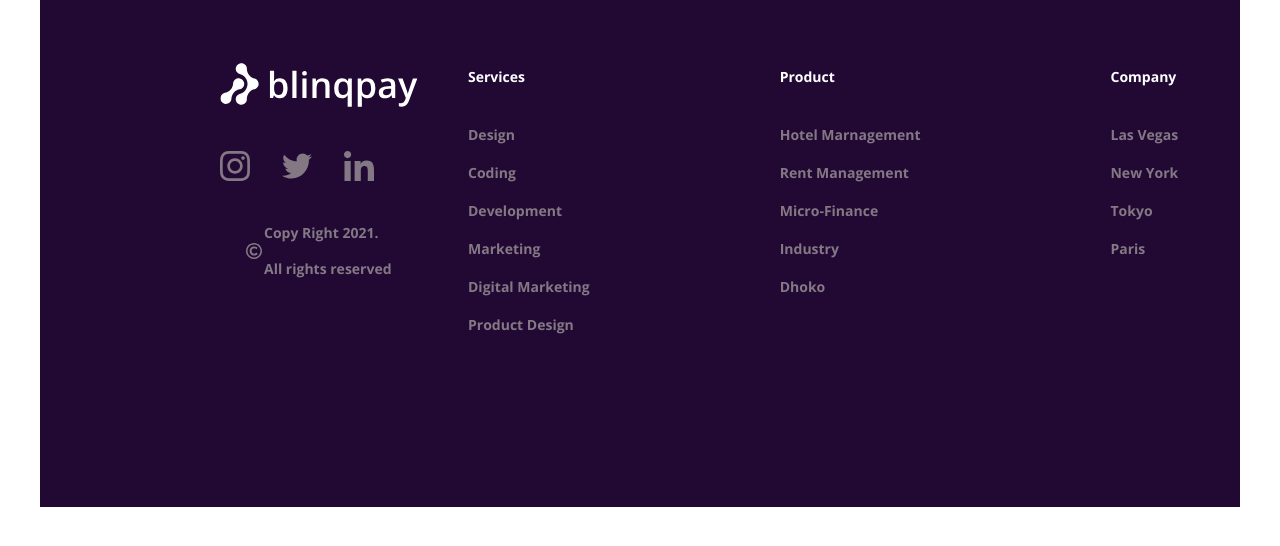
Repository: jabbarbergenoov/mobile-bling-py
Page: idnex.html
An editor plug-in stored every save of this project. The page is shown before and after the next save, followed by the edit.
The browser window is 1280 px wide. The pictures show the whole page.

Above is the page before, as saved 2025-04-17 19:05:21.

After the next save:
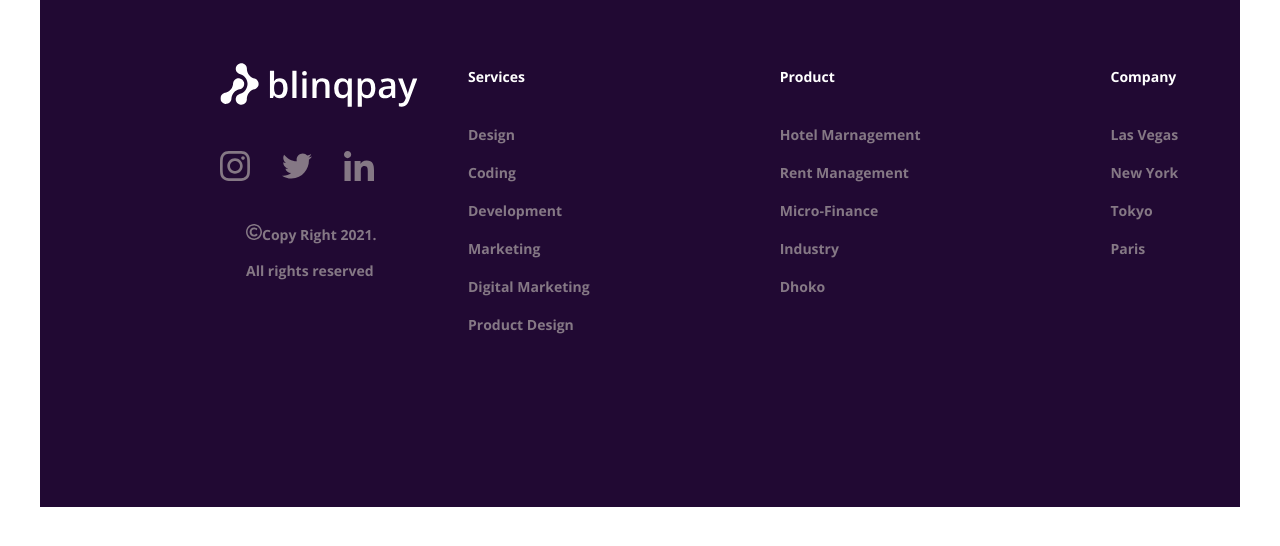
Saved 30 s later.
--- a/idnex.html
+++ b/idnex.html
@@ -28,8 +28,8 @@
                   <img src="./images/in.svg" alt="" class="in">
                   </div>
                   <div class="gh">
-                  <img src="./images/c.svg" alt="" class="iimg2">
-                  <p class="ssd">Copy Right 2021. <br><br>All rights reserved</p>
+
+                  <p class="ssd"><img src="./images/c.svg" alt="" class="iimg2">Copy Right 2021. <br><br>All rights reserved</p>
                   </div>
                 </div>
                 <div class="boxes">
